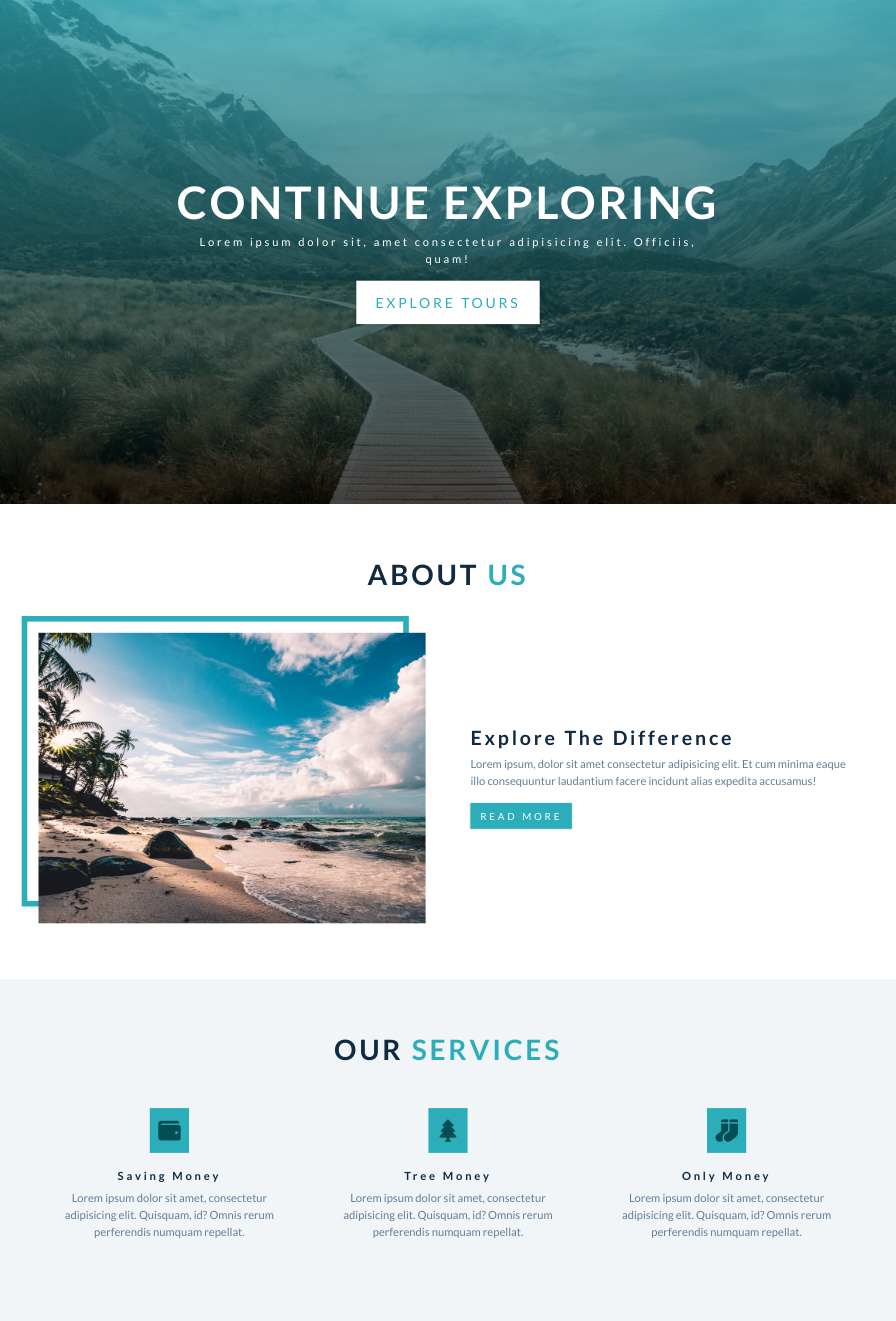
Repository: Ndifoinhilary/flexbox-project
Page: index.html
The author's editor kept a copy of each file at every save. The page is drawn from the files as they stood at one save, then again after the next save.
The browser window is 1280 px wide. The pictures show the whole page, at 70% of full size.

Above is the page before, as saved 2024-01-21 15:27:41.

After the next save:
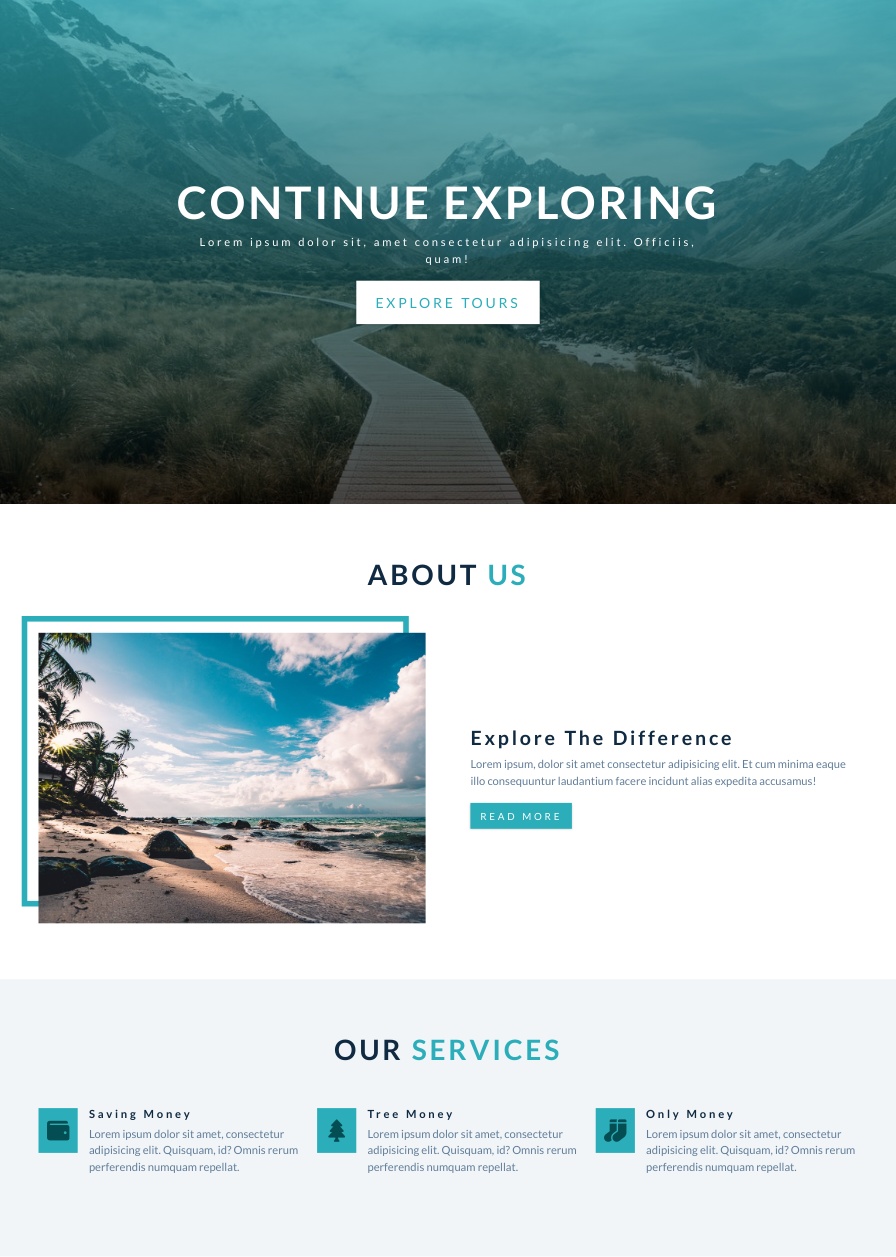
Saved 5 min 44 s later.
--- a/css/main.css
+++ b/css/main.css
@@ -311,6 +311,21 @@ Services
     flex: 0 0 calc(33.333% - 1rem);
   }
 }
+@media screen  and (min-width:1170px) {
+.service{
+  display: flex;
+  text-align: left;
+  }
+  .service-icon{
+    align-self: start;
+  }
+  .service-info{
+    padding-left: 1rem;
+  }
+  .service-title{
+    margin-bottom: 0.5rem;
+  }
+}
 /*
 ===============
 Featured Tours
